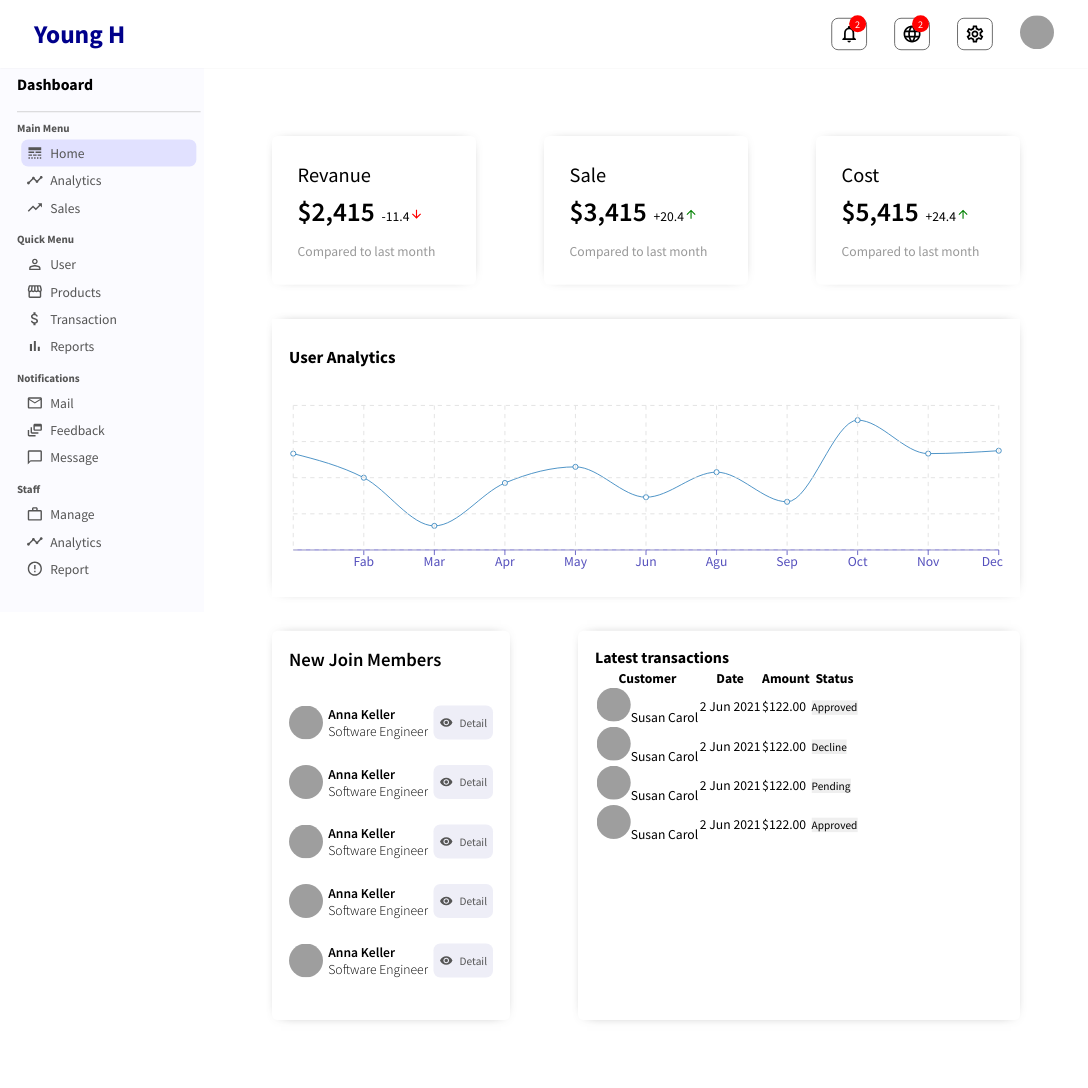
Repository: noname20011/admin
Page: /
The author's editor kept a copy of each file at every save. The page is drawn from the files as they stood at one save, then again after the next save.
The browser window is 1280 px wide. The pictures show the whole page, at 85% of full size.
Pictures or frames that could not be fetched are drawn as grey boxes. The project was rebuilt for these pictures with package versions that can differ from the ones it lists, and the page was loaded fresh each time.

Above is the page before, as saved 2021-11-14 09:08:24.

After the next save:
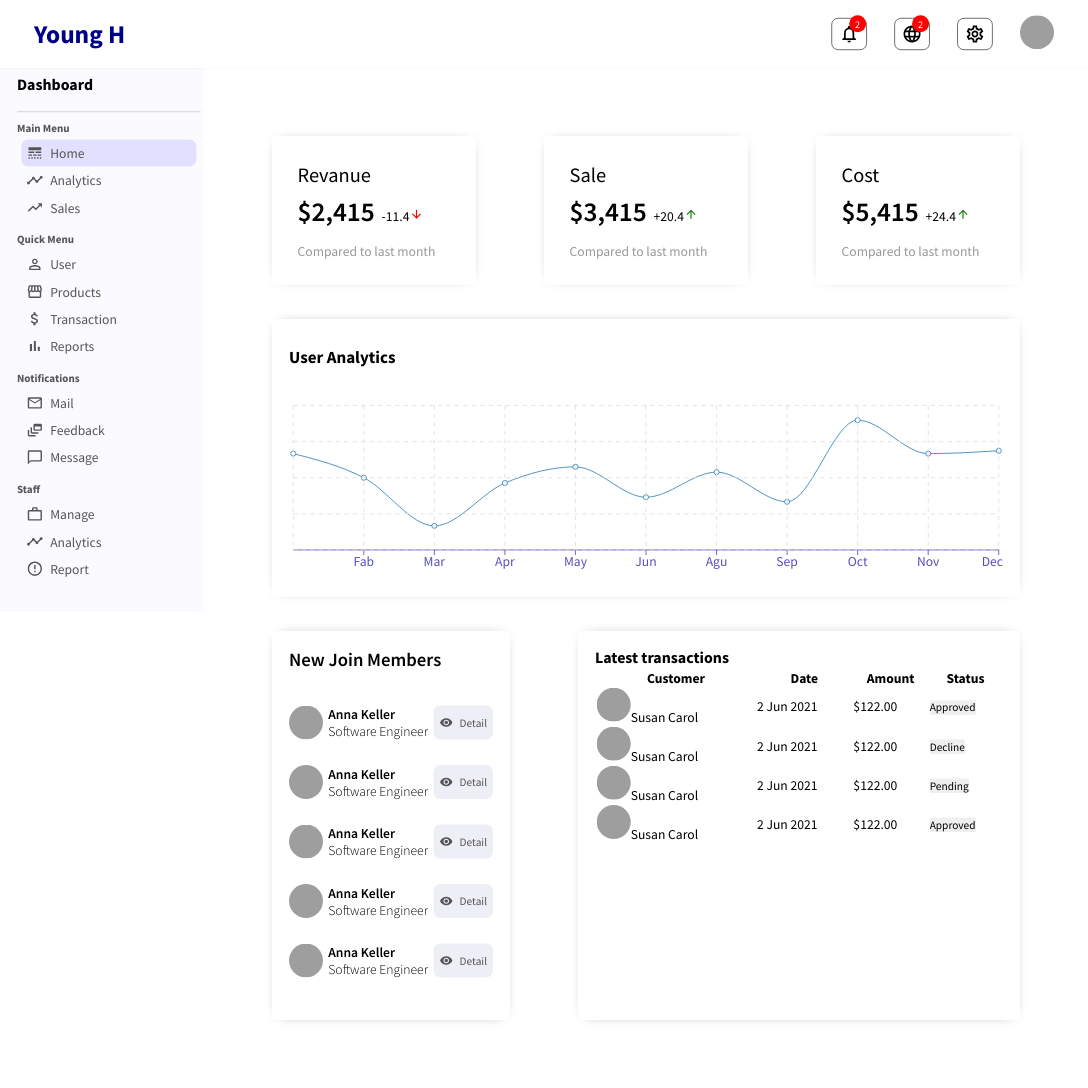
Saved 29 s later.
--- a/src/comopnents/widgetLg/widgetLg.css
+++ b/src/comopnents/widgetLg/widgetLg.css
@@ -7,6 +7,10 @@
     box-shadow: 0px 0px 15px -10px rgba(0, 0, 0, 0.75);
 }
 
+.widgetLgTable {
+    width: 100%;
+}
+
 .widgetLgImg {
     width: 40px;
     height: 40px;
